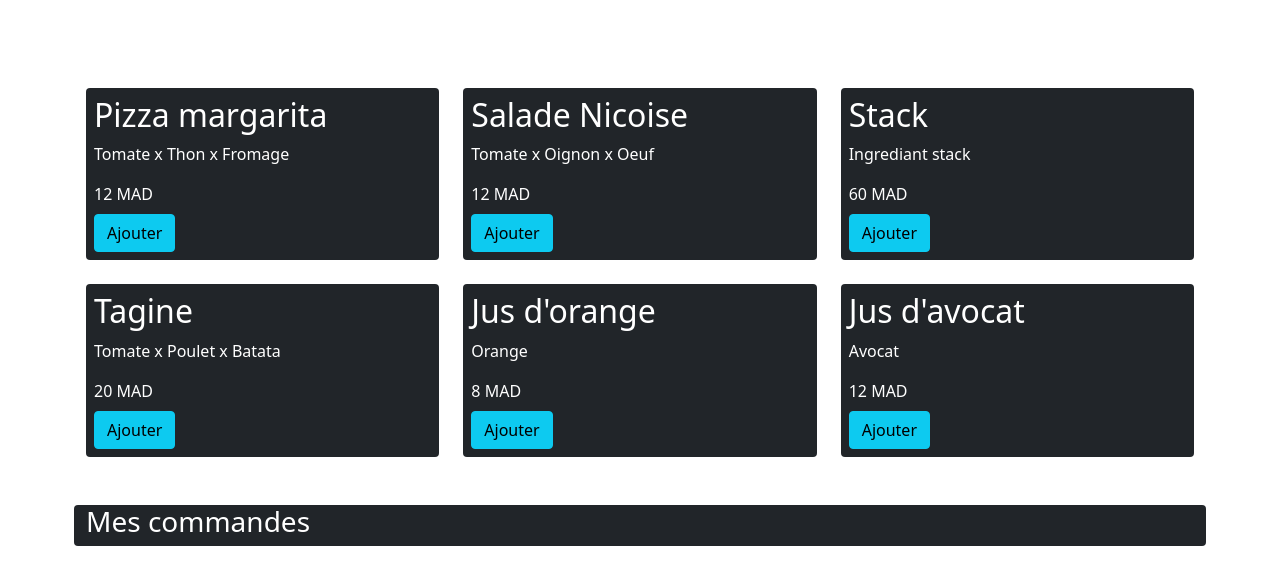
Repository: FS-23/my-restaurant
Page: /
An editor plug-in stored every save of this project. The page is shown before and after the next save, followed by the edit.
The browser window is 1280 px wide. The pictures show the whole page.
The project was rebuilt for these pictures with package versions that can differ from the ones it lists, and the page was loaded fresh each time.

Above is the page before, as saved 2022-04-29 14:04:46.

After the next save:
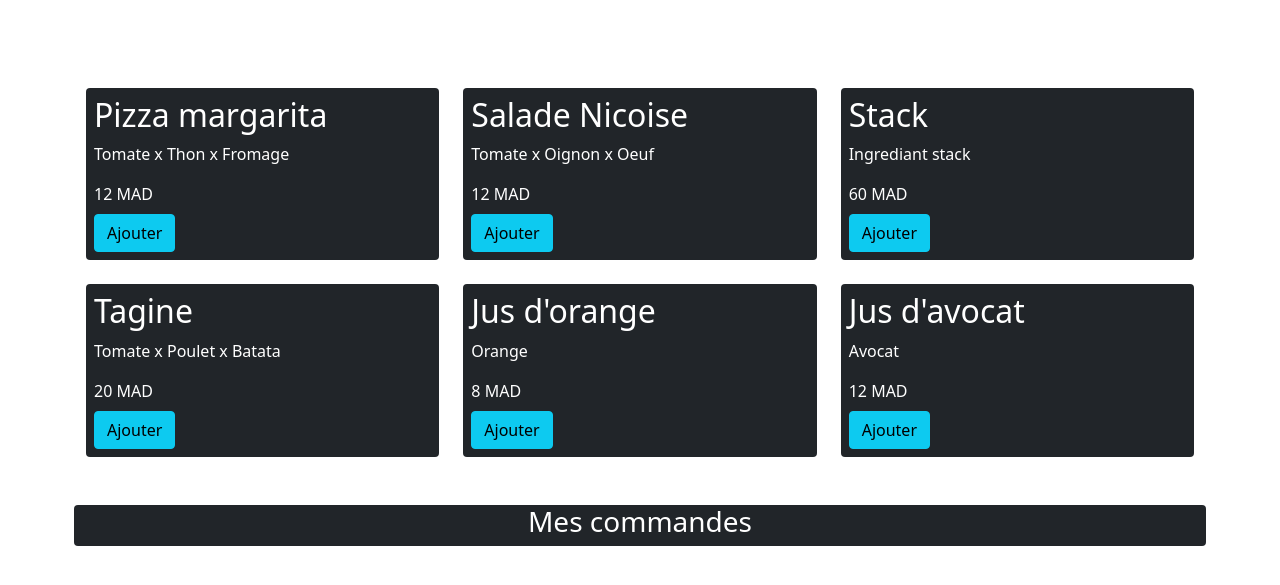
Saved 27 s later.
--- a/src/components/Menu.js
+++ b/src/components/Menu.js
@@ -15,9 +15,8 @@ function Menu(){
                menuList.map((menu) =>   < Plat name= {menu.name} price={menu.price} ingredient={menu.ingredient} />)
            }
 
-
            <div className="bg-dark rounded mt-5">
-                <h3>Mes commandes</h3>
+                <h3 className="text-center">Mes commandes</h3>
            </div>
 
         </div>
